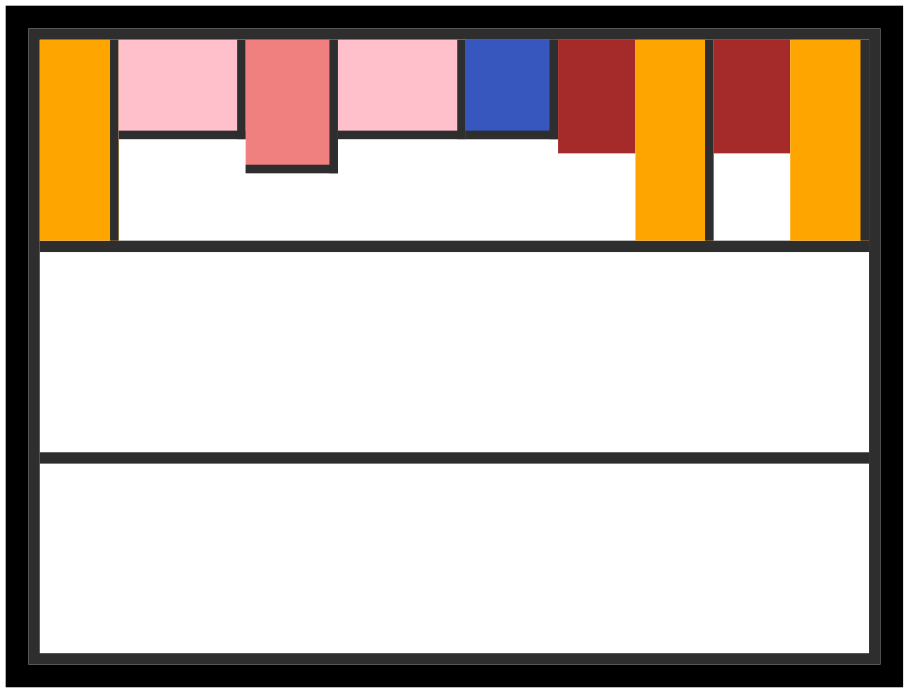
Repository: Tsardines/mondrian
Page: index.html
The author's editor kept a copy of each file at every save. The page is drawn from the files as they stood at one save, then again after the next save.
The browser window is 1280 px wide. The pictures show the whole page, at 71% of full size.
Some web fonts or font styles are not loaded; a fallback is used.

Above is the page before, as saved 2019-10-20 16:29:14.

### index.html
<!DOCTYPE html>
<html>
  <head>
    <meta charset="UTF-8">
  <meta http-equiv="X-UA-Compatible" content="IE=edge,chrome=1">
  <meta name="viewport" content="width=device-width,initial-scale=1">
    <title>title</title>
  <meta name="author" content="name">
  <meta name="description" content="description here">
  <meta name="keywords" content="keywords,here">
  <link rel="stylesheet" href="//fonts.googleapis.com/css?family=font1|font2|etc" type="text/css">
  <link rel="stylesheet" href="styles.css" type="text/css">
  </head>
  <body>

    <div id="canvas">
        <div class="grid__container">
            <div class="grid__top">
                <div class="rect--vert"></div>
                <div class="rect--hori"></div>
                <div class="sq--hori"></div>
                <div class="rect--hori"></div>
                <div class="rect--hori--mini"></div>
                <div class="sq"></div>
                <div class="rect--vert"></div>
                <div class="sq"></div>
                <div class="rect--vert"></div>

            </div>

            <div class="grid__middle">



            </div>
            <div class="grid__bottom">



            </div>
        </div>
    </div>

  </body>
</html>

### styles.css
#canvas {
    border: 2rem solid black;
    /* display: block; */
    height: 56rem;
}

.grid__container {
    border: 1rem solid rgb(46, 46, 46);
    height: 54rem;
}

.grid__top {
    /* border: 3px solid red; */
    display: flex;
    height: 32.7%;
}

.grid__middle {
    border-bottom: 1rem solid rgb(46, 46, 46);
    border-top: 1rem solid rgb(46, 46, 46);
    height: 32.7%;
}

.grid__bottom {
    height: 32.7%;
}

.rect--vert {
    background-color: orange;
    border-right: 0.75rem solid rgb(46, 46, 46);
    height: 100%;
    width: 10rem;
}

.rect--hori {
    background-color: pink;
    border-bottom: 0.75rem solid rgb(46, 46, 46);
    border-right: 0.75rem solid rgb(46, 46, 46);
    height: 8rem;
    width: 17rem;
}

.sq--hori {
    background-color: lightcoral;
    border-bottom: 0.75rem solid rgb(46, 46, 46);
    border-right: 0.75rem solid rgb(46, 46, 46);
    height: 11rem;
    width: 12rem;
}

.rect--hori--mini {
    background-color: rgb(55, 87, 190);
    border-bottom: 0.75rem solid rgb(46, 46, 46);
    border-right: 0.75rem solid rgb(46, 46, 46);
    height: 8rem;
    width: 12rem;
}

.sq {
    background-color: brown;
    height: 10rem;
    width: 11rem;
}

After the next save:
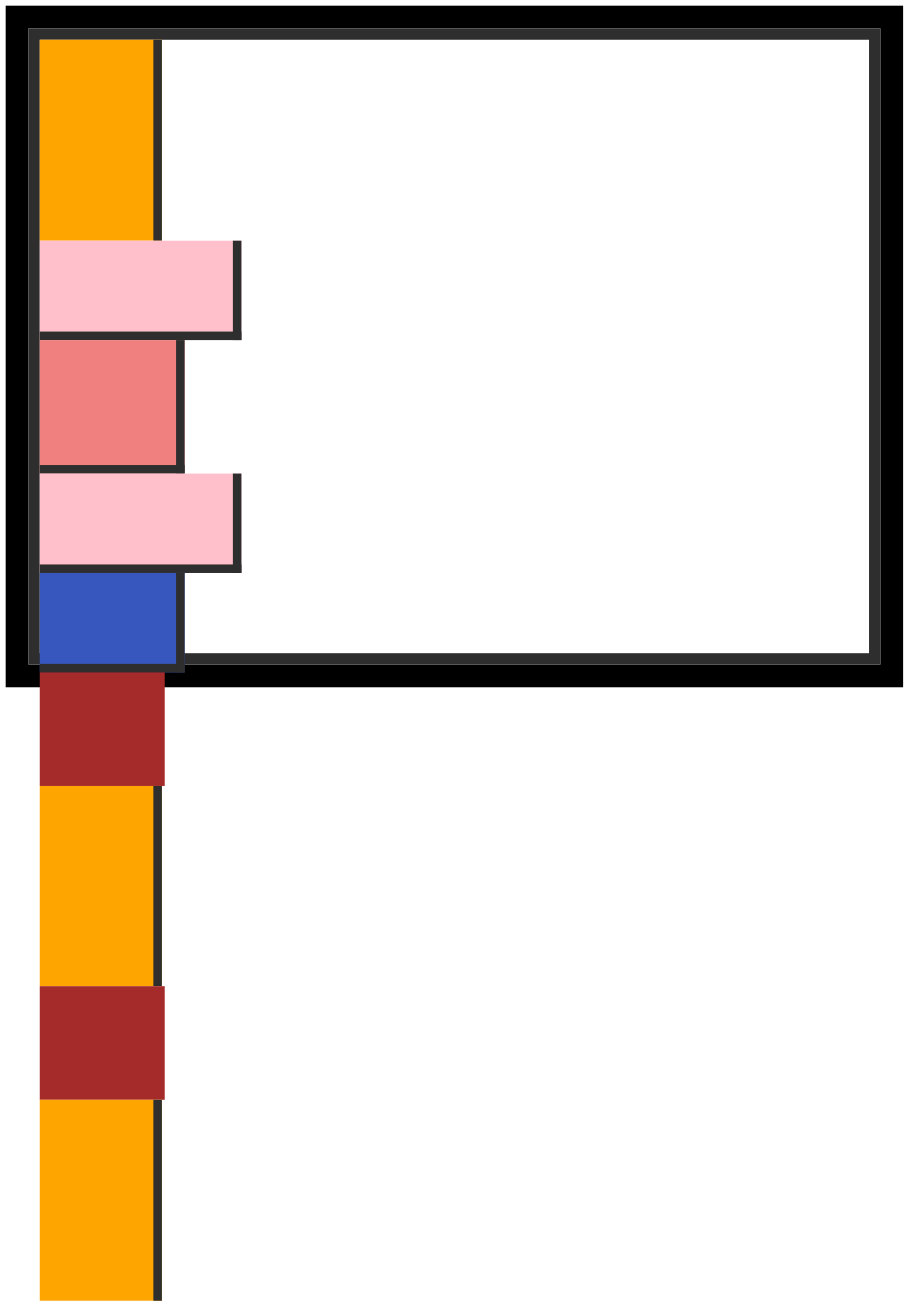
Saved 10 s later.
--- a/styles.css
+++ b/styles.css
@@ -6,12 +6,13 @@
 
 .grid__container {
     border: 1rem solid rgb(46, 46, 46);
+    display: flex;
     height: 54rem;
 }
 
 .grid__top {
     /* border: 3px solid red; */
-    display: flex;
+    /* display: flex; */
     height: 32.7%;
 }
 

After the save that followed:
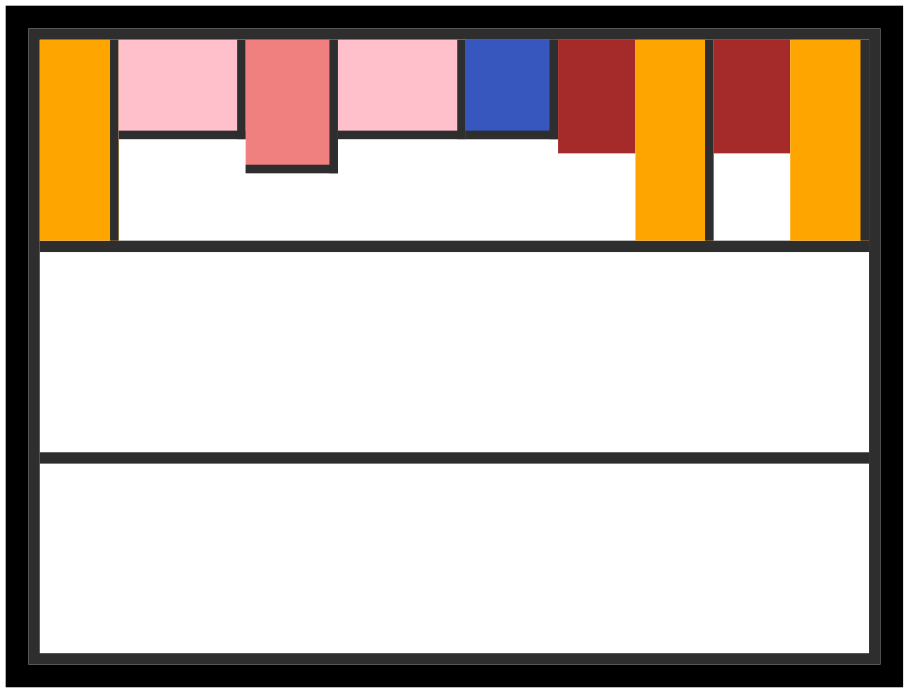
Saved 7 s later.
--- a/styles.css
+++ b/styles.css
@@ -6,13 +6,12 @@
 
 .grid__container {
     border: 1rem solid rgb(46, 46, 46);
-    display: flex;
     height: 54rem;
 }
 
 .grid__top {
     /* border: 3px solid red; */
-    /* display: flex; */
+    display: flex;
     height: 32.7%;
 }
 
